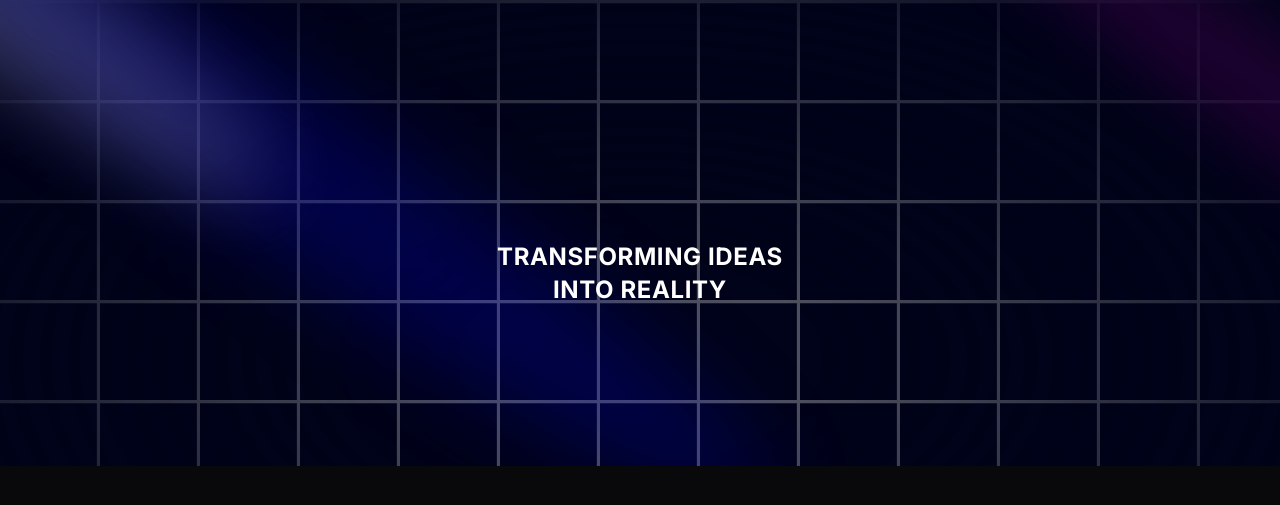
Repository: drsamame/portfolio.next
Page: /
An editor plug-in stored every save of this project. The page is shown before and after the next save, followed by the edit.
The browser window is 1280 px wide. The pictures show the whole page.
The project was rebuilt for these pictures with package versions that can differ from the ones it lists, and the page was loaded fresh each time. The framework's server and built-in components were replaced by stand-ins that run in the browser. Also part of the build but not shown: next.config.mjs.

Above is the page before, as saved 2024-07-02 16:37:21.

### app/layout.tsx
import type { Metadata } from 'next';
import { Inter } from 'next/font/google';
import './globals.css';
import { ThemeProvider } from './provider';

const inter = Inter({ subsets: ['latin'] });

export const metadata: Metadata = {
	title: "Diego's Portfolio",
	description: 'Modern & Minimalist JS Mastery Portfolio',
};

export default function RootLayout({
	children,
}: Readonly<{
	children: React.ReactNode;
}>) {
	return (
		<html lang="en">
			<body className={inter.className}>
				<ThemeProvider
					attribute="class"
					defaultTheme="dark"
					enableSystem
					disableTransitionOnChange
				>
					{children}
				</ThemeProvider>
			</body>
		</html>
	);
}

### app/page.tsx
import Hero from "@/components/Hero";


export default function Home() {
  return (
    <main className="relative bg-black-100 flex justify-center items-center flex-col overflow-hidden mx-auto sm:px-10 px-5">
      <div className="max-w-7xl w-full">
        <Hero />
      </div>
    </main>
  );
}

### components/Hero.tsx
import React from 'react';
import { Spotlight } from '@/components/ui/Spotlight';
import { TextGenerateEffect } from './ui/TextGenerateEffect';

function Hero() {
	return (
		<div className="pb-20 pt-36">
			<div>
				{' '}
				<Spotlight
					className="-top-40 -left-10 md:-left-32 md:-top-20p h-screen"
					fill="white"
				/>
				<Spotlight
					className="top-10 left-full h-[80vh] w-[50vw]"
					fill="purple"
				/>
				<Spotlight className="top-28 left-80 h-[80-vh] w-[50vw]" fill="blue" />
			</div>
			<div className="h-screen w-full dark:bg-black-100 bg-white  dark:bg-grid-white/[0.3] bg-grid-black/[0.2] flex items-center justify-center absolute left-0 top-0">
				<div className="absolute pointer-events-none inset-0 flex items-center justify-center dark:bg-black-100 bg-white [mask-image:radial-gradient(ellipse_at_center,transparent_20%,black)]"></div>
			</div>
			<div className="flex justify-center relative my-20 z-10">
				<div className="max-w-[89vw] md:max-w-2xl lg:max-w-[60vw] flex flex-col items-center justify-center">
					<h2 className="uppercase tracking-widest text-xs text-center text-blue-100 max-w-80">
						<TextGenerateEffect
							className="text-center text-[40px] md:text-5xl lg:text-6xl"
							words={'Transforming Ideas into Reality'}
						></TextGenerateEffect>
					</h2>
				</div>
			</div>
		</div>
	);
}

export default Hero;

### components/ui/Spotlight.tsx
import React from "react";
import { cn } from "@/utils/cn";

type SpotlightProps = {
  className?: string;
  fill?: string;
};

export const Spotlight = ({ className, fill }: SpotlightProps) => {
  return (
    <svg
      className={cn(
        "animate-spotlight pointer-events-none absolute z-[1]  h-[169%] w-[138%] lg:w-[84%] opacity-0",
        className
      )}
      xmlns="http://www.w3.org/2000/svg"
      viewBox="0 0 3787 2842"
      fill="none"
    >
      <g filter="url(#filter)">
        <ellipse
          cx="1924.71"
          cy="273.501"
          rx="1924.71"
          ry="273.501"
          transform="matrix(-0.822377 -0.568943 -0.568943 0.822377 3631.88 2291.09)"
          fill={fill || "white"}
          fillOpacity="0.21"
        ></ellipse>
      </g>
      <defs>
        <filter
          id="filter"
          x="0.860352"
          y="0.838989"
          width="3785.16"
          height="2840.26"
          filterUnits="userSpaceOnUse"
          colorInterpolationFilters="sRGB"
        >
          <feFlood floodOpacity="0" result="BackgroundImageFix"></feFlood>
          <feBlend
            mode="normal"
            in="SourceGraphic"
            in2="BackgroundImageFix"
            result="shape"
          ></feBlend>
          <feGaussianBlur
            stdDeviation="151"
            result="effect1_foregroundBlur_1065_8"
          ></feGaussianBlur>
        </filter>
      </defs>
    </svg>
  );
};

### components/ui/TextGenerateEffect.tsx
"use client";
import { useEffect } from "react";
import { motion, stagger, useAnimate } from "framer-motion";
import { cn } from "@/utils/cn";

export const TextGenerateEffect = ({
  words,
  className,
}: {
  words: string;
  className?: string;
}) => {
  const [scope, animate] = useAnimate();
  let wordsArray = words.split(" ");
  useEffect(() => {
    animate(
      "span",
      {
        opacity: 1,
      },
      {
        duration: 2,
        delay: stagger(0.2),
      }
    );
  }, [scope.current]);

  const renderWords = () => {
    return (
      <motion.div ref={scope}>
        {wordsArray.map((word, idx) => {
          return (
            <motion.span
              key={word + idx}
              className="dark:text-white text-black opacity-0"
            >
              {word}{" "}
            </motion.span>
          );
        })}
      </motion.div>
    );
  };

  return (
    <div className={cn("font-bold", className)}>
      <div className="mt-4">
        <div className=" dark:text-white text-black text-2xl leading-snug tracking-wide">
          {renderWords()}
        </div>
      </div>
    </div>
  );
};

Loaded but not shown: app/globals.css (common file); app/provider.tsx (common file); utils/cn.ts (common file); tailwind.config.ts (common file)

After the next save:
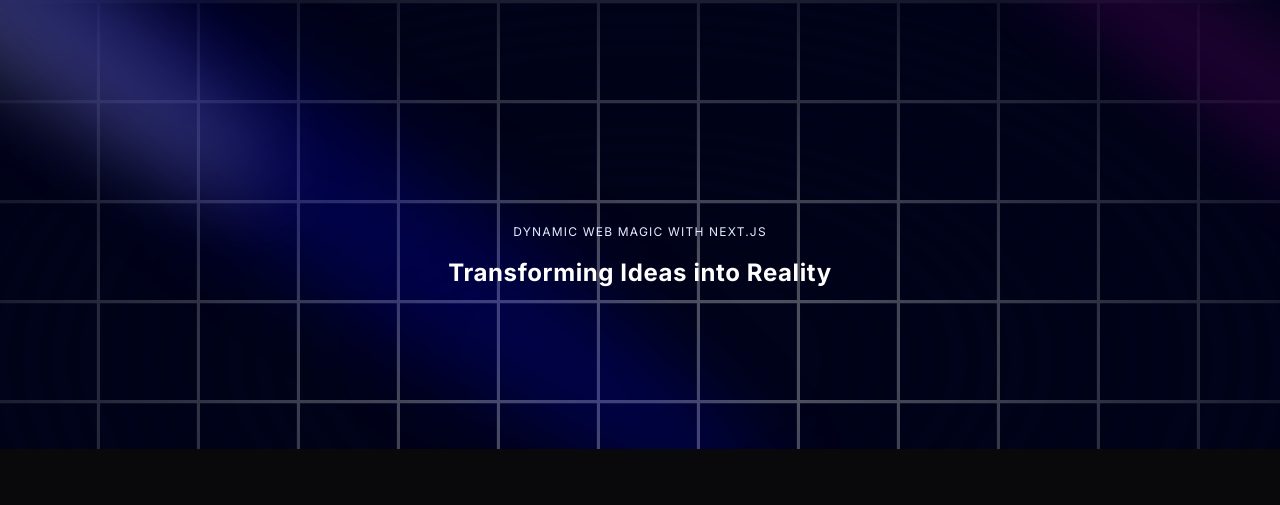
Saved 30 s later.
--- a/components/Hero.tsx
+++ b/components/Hero.tsx
@@ -23,11 +23,12 @@
 			<div className="flex justify-center relative my-20 z-10">
 				<div className="max-w-[89vw] md:max-w-2xl lg:max-w-[60vw] flex flex-col items-center justify-center">
 					<h2 className="uppercase tracking-widest text-xs text-center text-blue-100 max-w-80">
-						<TextGenerateEffect
+						DYNAMIC WEB MAGIC WITH NEXT.JS
+					</h2>
+					<TextGenerateEffect
 							className="text-center text-[40px] md:text-5xl lg:text-6xl"
 							words={'Transforming Ideas into Reality'}
 						></TextGenerateEffect>
-					</h2>
 				</div>
 			</div>
 		</div>
